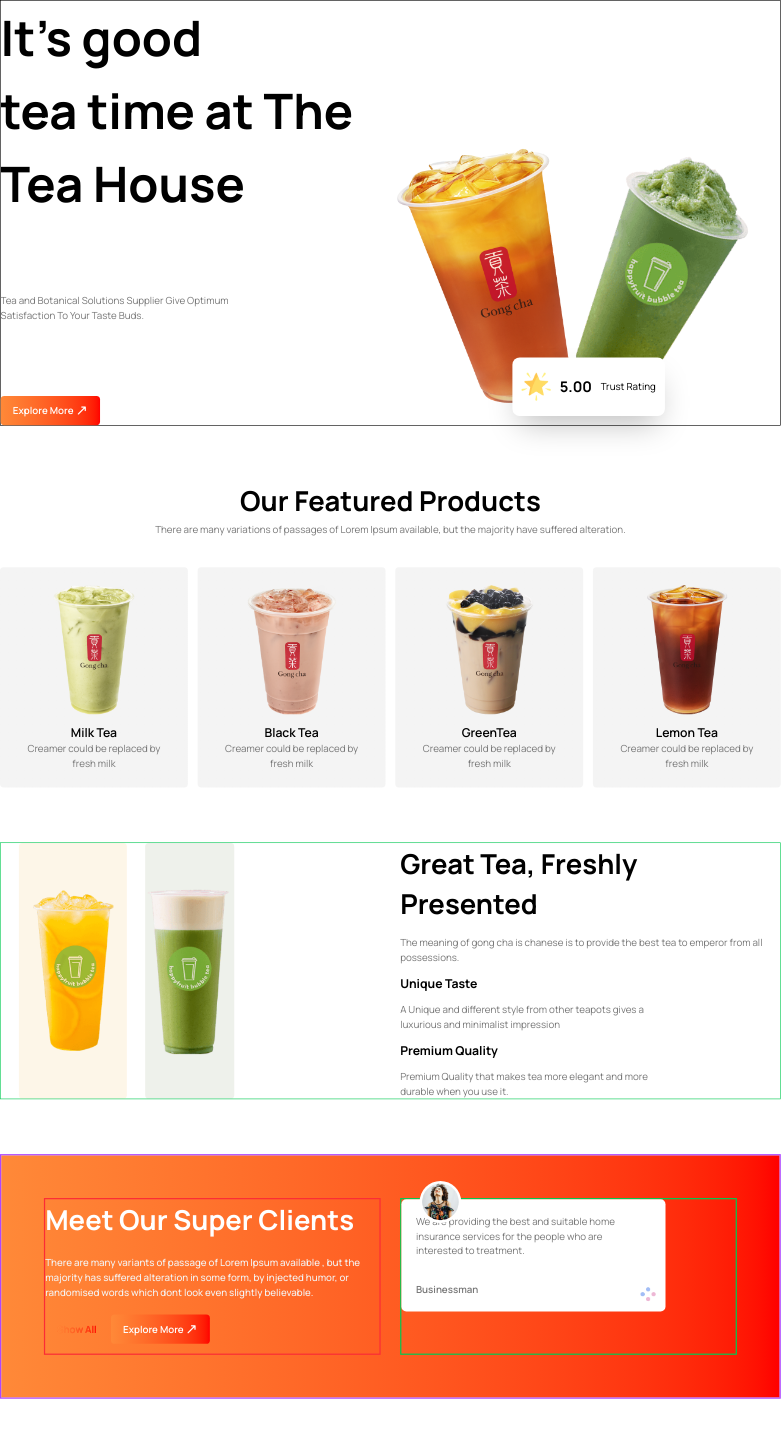
Repository: tanimtanzilislam/Tea-house
Page: index.html
The author's editor kept a copy of each file at every save. The page is drawn from the files as they stood at one save, then again after the next save.
The browser window is 1280 px wide. The pictures show the whole page, at 61% of full size.
Some web libraries are served in a nearby version.

Above is the page before, as saved 2026-04-10 12:30:26.

After the next save:
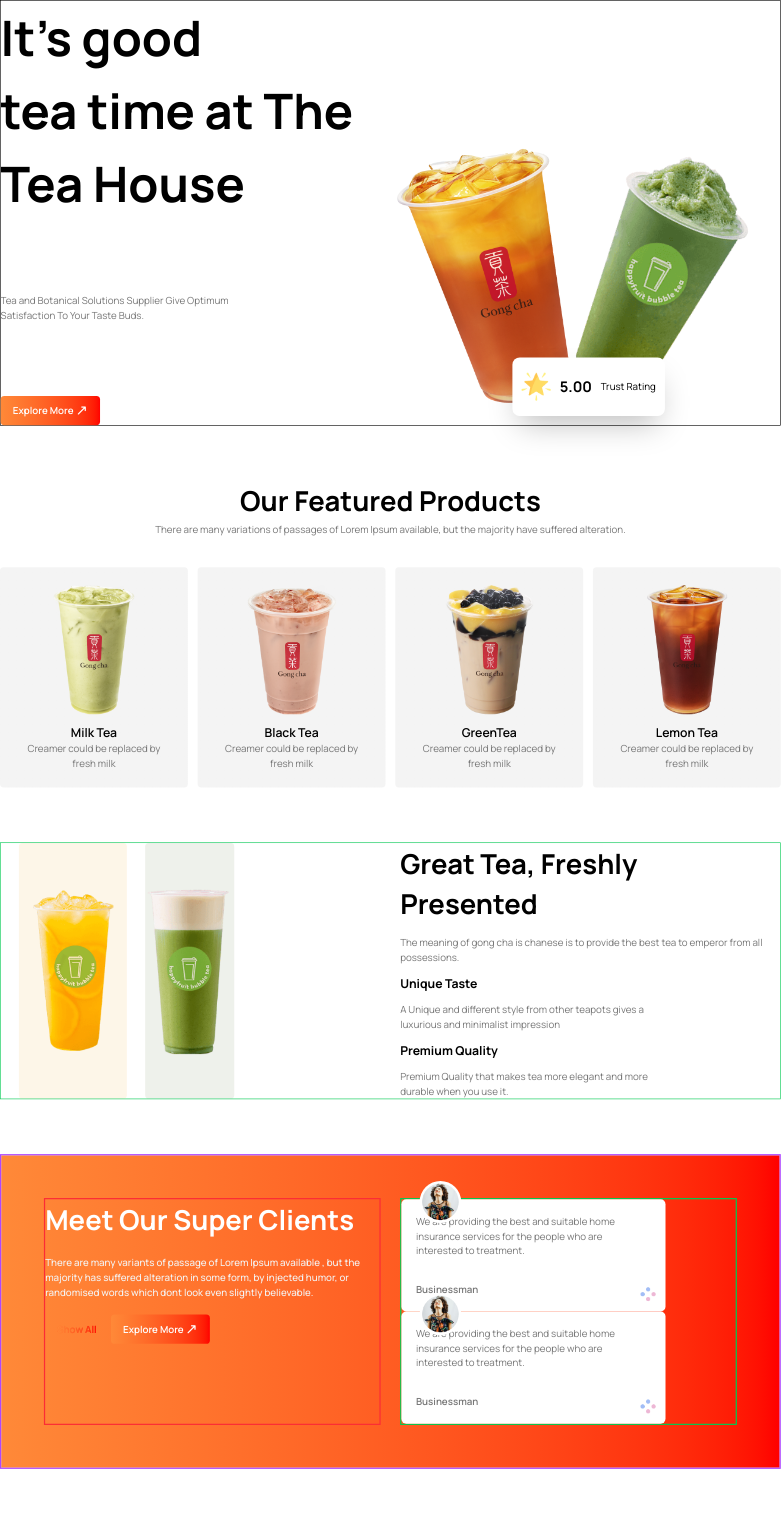
Saved 23 s later.
--- a/index.html
+++ b/index.html
@@ -175,6 +175,24 @@
 
 
 
+        <div class="bg-white rounded-lg p-6 w-[433px] relative">
+
+    <p class="text-[#777777]">
+        We are providing the best and suitable home insurance services
+        for the people who are interested to treatment.
+    </p>
+
+    <h2 class="font-bold text-xl mt-3">Ilham Yuda</h2>
+
+    <h3 class="text-[#777777] font-semibold">Businessman</h3>
+
+    <div class="absolute -top-[30px] left-[30px] bg-white p-1 rounded-full">
+        <img src="./images/client.png" alt="">
+    </div>
+
+    <img src="./images/circles.png" alt="" class="absolute right-4 bottom-4">
+
+</div>
 
 
 
